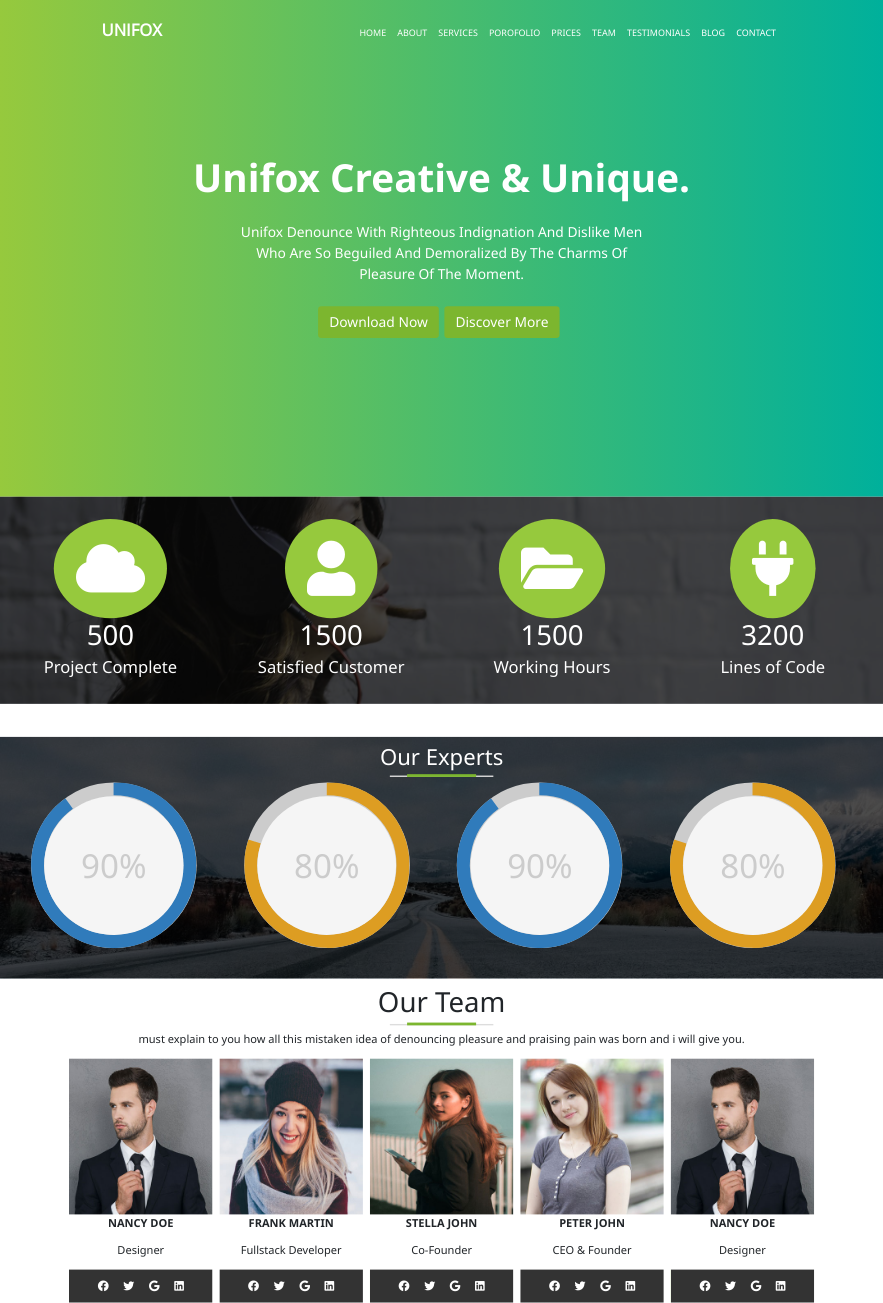
Repository: ibrkhalil/Uniforce-First-Attempt
Page: index.html
An editor plug-in stored every save of this project. The page is shown before and after the next save, followed by the edit.
The browser window is 1280 px wide. The pictures show the whole page, at 69% of full size.
Backgrounds fixed to the window are drawn as part of the page.

Above is the page before, as saved 2021-01-24 02:23:35.

After the next save:
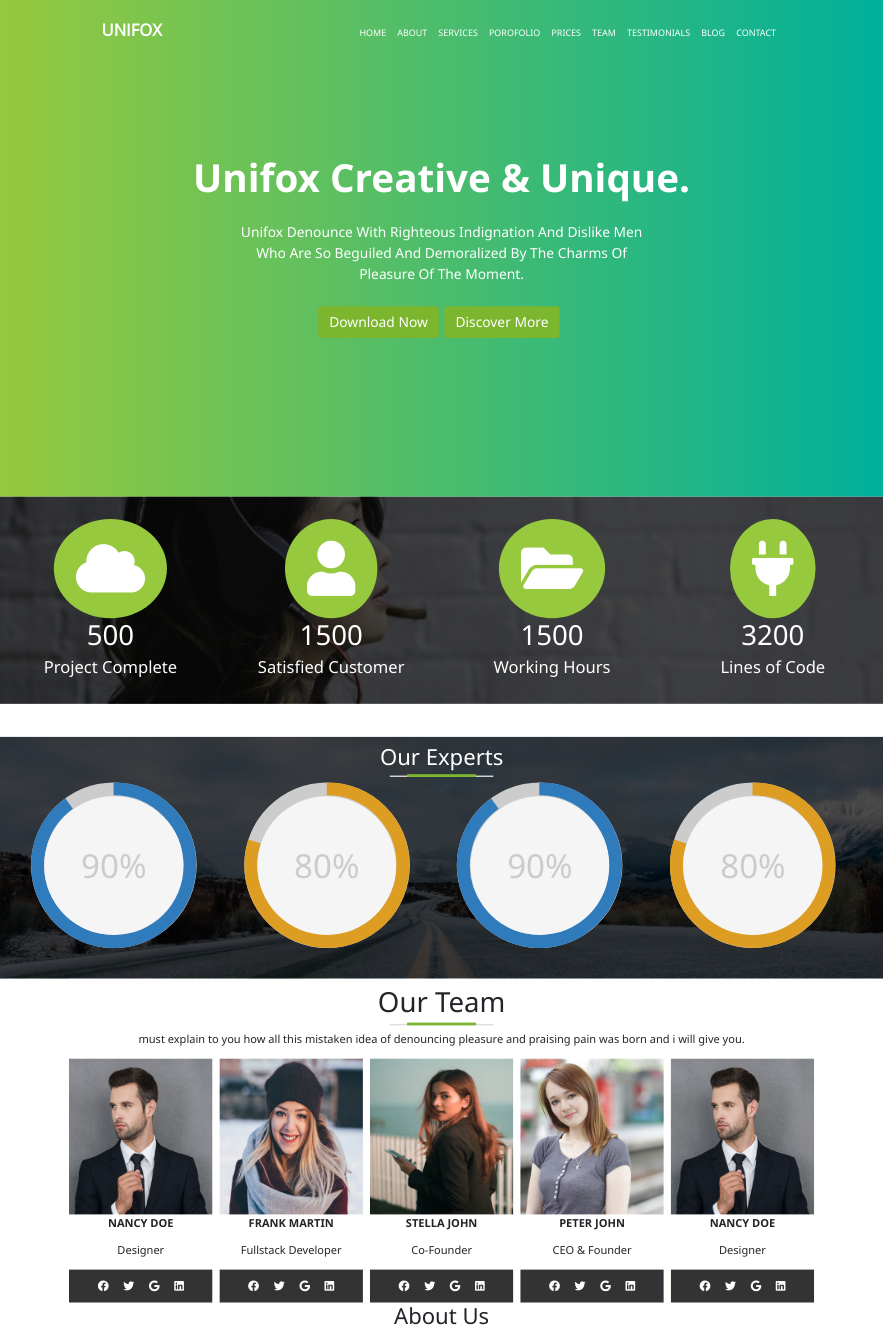
Saved 6 s later.
--- a/index.html
+++ b/index.html
@@ -274,7 +274,7 @@
         </div>
       </div>
         <section class="about-us">
-
+            <h2>About Us</h2>
         </section>
 
     <script src="./jquery.js"></script>
